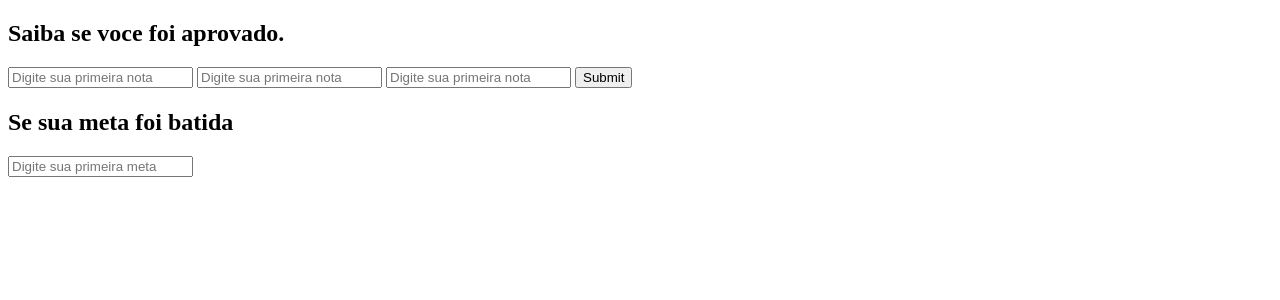
Repository: Fablilsonoliver/logica1
Page: index.html
These files come from the project's save history. The page is drawn as it stood at one moment and after the next save; the edit follows.
The browser window is 1280 px wide. The pictures show the whole page.

Above is the page before, as saved 2025-04-30 10:28:58.

### index.html
<!DOCTYPE html>
<html lang="en">
<head>
    <meta charset="UTF-8">
    <meta name="viewport" content="width=device-width, initial-scale=1.0">
    <title>Document</title>
</head>
<body>
 <div>
    <h2>Saiba se voce foi aprovado.</h2>
    <input type="Number" id="nota1" placeholder="Digite sua primeira nota"/>
    <input type="Number" id="nota2" placeholder="Digite sua primeira nota"/>
    <input type="Number" id="nota3" placeholder="Digite sua primeira nota"/>
    <input type="submit" ondblclick="classificacao()"/>
    <h4 id="resultadoFinal"></h4>

    <div>
        <h2> Se sua meta foi batida</h2>
        <input type="Number" id="dia1" placeholder="Digite sua primeira meta"/>

    </div>

 </div>
   <script src="app.js"></script>
</body>
</html>

### app.js
function classificacao() {
    const nota1 = Number(document.getElementById("nota1").value);
    const nota2 = Number(document.getElementById("nota2").value);
    const nota3 = Number(document.getElementById("nota3").value);
    const resultadoFinal = document.getElementById("resultadoFinal");
    let aprovacao;

    const media = (nota1 + nota2 + nota3)/3;
    if (nota1 > 10 || nota2 > 10 || nota3 > 10 || nota1 < 0 || nota2 < 0 || nota3 < 0
        || isNaN(nota1) || isNaN(nota2) || isNaN(nota3)) {
        alert("Digite uma nota válida!");
    } else {

    aprovacao = media > 7 ? "Aprovado!" : "Reprovado.";
    resultadoFinal.innerHTML = `A sua media foi de ${media.toFixed(2)}. ${aprovacao}`
    }
}


function meta() {
    const dia1 = Number (document.getElementById("dia1").value)
    const dia2 = Number (document.getElementById("dia2").value)
    const dia3 = Number (document.getElementById("dia3").value)
}

After the next save:
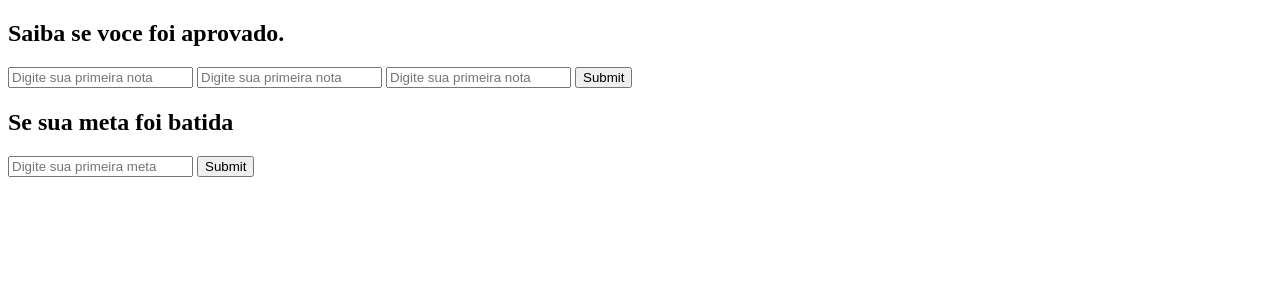
Saved 9 s later.
--- a/index.html
+++ b/index.html
@@ -17,7 +17,7 @@
     <div>
         <h2> Se sua meta foi batida</h2>
         <input type="Number" id="dia1" placeholder="Digite sua primeira meta"/>
-
+        <input type="submit" ondblclick="classificacao()"/>
     </div>
 
  </div>
